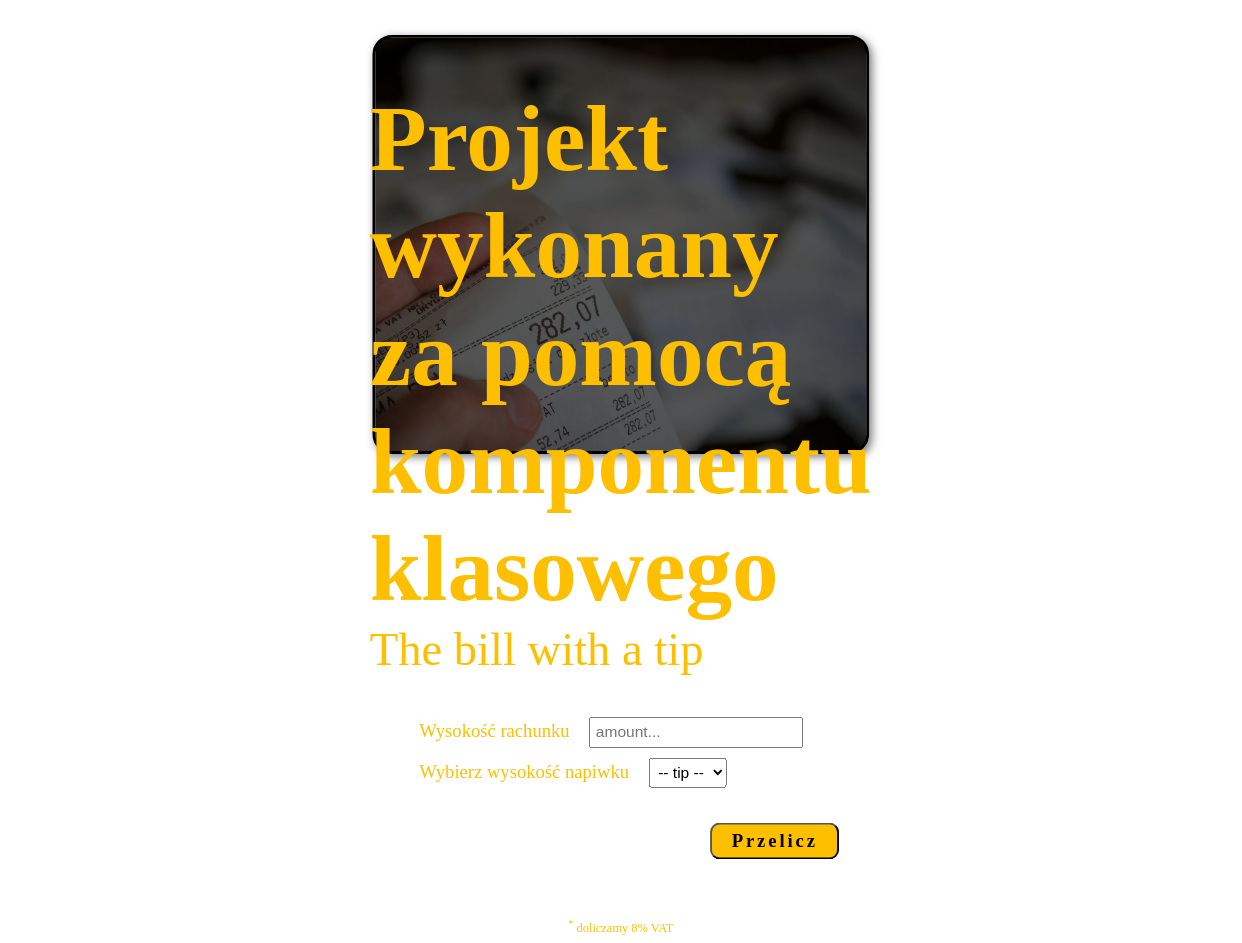
Repository: KrzysKolo/sr_tydzien4_zad1
Page: /
An editor plug-in stored every save of this project. The page is shown before and after the next save, followed by the edit.
The browser window is 1280 px wide. The pictures show the whole page, at 97% of full size.
Some web fonts or font styles are not loaded; a fallback is used. The project was rebuilt for these pictures with package versions that can differ from the ones it lists, and the page was loaded fresh each time. Also part of the build but not shown: src/components/ParagrapfCard.js.

Above is the page before, as saved 2020-11-06 14:53:40.

### public/index.html
<!DOCTYPE html>
<html lang="en">
  <head>
    <meta charset="utf-8" />
    <link rel="icon" href="%PUBLIC_URL%/favicon.ico" />
    <meta name="viewport" content="width=device-width, initial-scale=1" />
    <meta name="theme-color" content="#000000" />
    <meta
      name="description"
      content="Web site created using create-react-app"
    />
    <link rel="apple-touch-icon" href="%PUBLIC_URL%/logo192.png" />
    <!--
      manifest.json provides metadata used when your web app is installed on a
      user's mobile device or desktop. See https://developers.google.com/web/fundamentals/web-app-manifest/
    -->
    <link rel="manifest" href="%PUBLIC_URL%/manifest.json" />
    <!--
      Notice the use of %PUBLIC_URL% in the tags above.
      It will be replaced with the URL of the `public` folder during the build.
      Only files inside the `public` folder can be referenced from the HTML.

      Unlike "/favicon.ico" or "favicon.ico", "%PUBLIC_URL%/favicon.ico" will
      work correctly both with client-side routing and a non-root public URL.
      Learn how to configure a non-root public URL by running `npm run build`.
    -->
    <link href="https://fonts.googleapis.com/css2?family=Calligraffitti&family=Shadows+Into+Light+Two&family=Skranji&display=swap" rel="stylesheet">
    <title>Bill and tip</title>
  </head>
  <body>
    <noscript>You need to enable JavaScript to run this app.</noscript>
    <div id="root"></div>
    <!--
      This HTML file is a template.
      If you open it directly in the browser, you will see an empty page.

      You can add webfonts, meta tags, or analytics to this file.
      The build step will place the bundled scripts into the <body> tag.

      To begin the development, run `npm start` or `yarn start`.
      To create a production bundle, use `npm run build` or `yarn build`.
    -->
  </body>
</html>

### src/App.js
import './App.css';
import BillCard from './components/BillCard';
const App = () => {
  return (
    <div>
      <BillCard/>
    </div>
   );
}

export default App;

### src/components/BillCard.js
import React, { Component } from 'react';
import HeaderCard from './HeaderCard';
import SectionCard from './SectionCard';
import FooterCard from './FooterCard';
import './BillCard.css';
class BillCard extends Component {
    state = {  }
    render() {
        return (
            <div className="billCard__wrapper">
                <HeaderCard/>
                <SectionCard />
                <FooterCard />
            </div>
         );
    }
}

export default BillCard;

### src/components/HeaderCard.js
import React from 'react';
const HeaderCard = () => {
    return (
        <div className="billCard__header">
            <h1>Projekt wykonany za pomocą komponentu klasowego</h1>
            The bill with a tip
        </div>
     );
}

export default HeaderCard;

### src/components/SectionCard.js
import React, { Component } from 'react';
import FormCard from './FormCard';
import ParagrapfCard from './ParagrapfCard';

class SectionCard extends Component {
    state = {
        bill: {
            amount: "",
            tip: 0,
        },
        results: 0,
        show: true,
    }
     handleChange = e => {
        let  newBill = {
         ...this.state.bill,
         [e.target.name]: e.target.value,
         }

         this.setState({
             bill: newBill
         })
     }
     handleConvert = (e) => {
        e.preventDefault();
        const price = parseFloat(this.state.bill.amount)*1.08;
        const tip = parseFloat(this.state.bill.tip);
        const suma = (price+(price*tip)).toFixed(2);
         this.setState({
            results: suma,
            bill: {
                amount: "",
                tip: 0,
            },
            show: false,
         })
     }

     render() {

        return  this.state.show ?
        <FormCard bill={this.state.bill} result={this.state.result} show={this.state.show} handleChange={this.handleChange} handleConvert={this.handleConvert}/>
        : <ParagrapfCard result={this.state.results} />
         {/* <section className="billCard__section billCard__section--background"><p>Twój rachunek: {this.state.results} zł</p></section> */} ;
    }
}

export default SectionCard;

### src/components/FooterCard.js
import React from 'react';
const FooterCard = () => {
    return (
        <footer className="billCard__footer">
            <sup>*</sup> doliczamy 8% VAT <br />
        </footer>
     );
}

export default FooterCard;

### src/components/BillCard.css
.billCard__wrapper {
  width: 40vw;
  height: 60vh;
  background: url("./../image/bill.jpg");
  background-size: cover;
  border: 3px solid black;
  border-radius: 20px;
  box-shadow: 3px 3px 10px #7a7a7a;
  display: flex;
  flex-direction: column;
  align-items: center;
  margin: 5vh auto;
}
.billCard__header {
  font-family: "Skranji", cursive;
  font-size: 3rem;
  color: rgb(253, 191, 0);
  margin-top: 3rem;
}
.billCard__section {
  margin-top: 2rem;
  height: 40%;
  width: 90%;
}
.billCard__section--background {
  background-color: rgba(253, 191, 0, 0.07);
  border-radius: 10px;
  box-shadow: inset 3px 3px 5px black;
}
.billCard__section p {
  font-family: "Shadows Into Light Two", cursive;
  font-size: 2rem;
  margin: 2rem auto 0 auto;
  color: rgb(253, 191, 0);

  text-align: center;
}
.label__BillCard {
  font-family: "Shadows Into Light Two", cursive;
  font-size: 1.2rem;
  color: rgb(253, 191, 0);
  padding: 20px;
}
.form__items {
  font-size: 1rem;
  padding: 5px;
  margin-top: 10px;
}
.btn__BillCard {
  font-family: "Shadows Into Light Two", cursive;
  font-size: 1.2rem;
  background-color: rgb(253, 191, 0);
  border-radius: 10px;
  cursor: pointer;
  margin: 5vh auto 2vh 25vw;
  padding: 6px 20px;
  transition: all ease-in-out 0.3s;
  letter-spacing: 3px;
  font-weight: bold;
}
.btn__BillCard:hover {
  background-color: rgba(253, 191, 0, 0.07);
  color: rgb(253, 191, 0);
}
.billCard__footer {
  color: rgb(253, 191, 0);
  font-family: "Shadows Into Light Two", cursive;
  font-size: 0.8rem;
  margin-top: 3rem;
}

### src/components/FormCard.js

import React from 'react';
const  FormCards = (props) => {
    return (
        <section className="billCard__section">
        <form>
            <label className="label__BillCard" htmlFor="form__input-amount">Wysokość rachunku</label>
            <input className="form__items"
                       type="text"
                       id="form__input-amount"
                       name="amount"
                       placeholder="amount..."
                       onChange={props.handleChange}
                       value={props.amount} /><br/>
            <label className="label__BillCard" htmlFor="form__select">Wybierz wysokość napiwku</label>
            <select className="form__items"
                           name="tip"
                           id="form__select"
                           onChange={props.handleChange}
                           value={props.tip}>
                               <option value=""> -- tip -- </option>
                               <option value="0.05">5%</option>
                               <option value="0.10">10%</option>
                               <option value="0.15">15%</option>
                               <option value="0.20">20%</option>
                </select> <br />
                <button className="btn__BillCard" type="submit" onClick={props.handleConvert}>Przelicz</button>
        </form>
    </section>
     );
}
export default FormCards;

Loaded but not shown: src/index.js (common file); src/index.css (common file); src/App.css (common file)

After the next save:
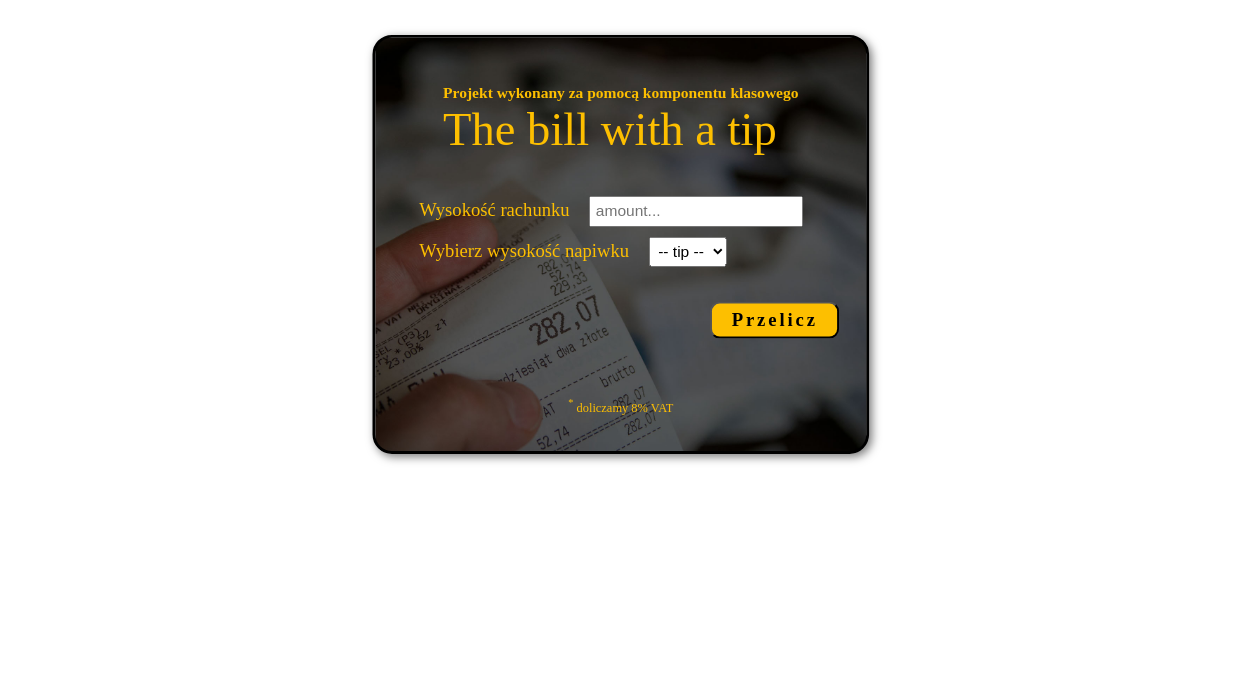
Saved 49 s later.
--- a/src/components/BillCard.css
+++ b/src/components/BillCard.css
@@ -21,6 +21,11 @@
   margin-top: 2rem;
   height: 40%;
   width: 90%;
+}
+.billCard__header h1 {
+  color: rgb(253, 191, 0);
+  font-family: "Shadows Into Light Two", cursive;
+  font-size: 1rem;
 }
 .billCard__section--background {
   background-color: rgba(253, 191, 0, 0.07);
